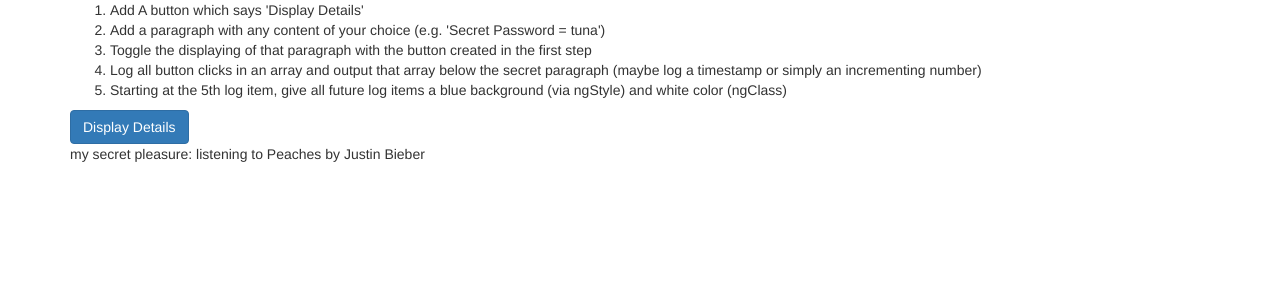
Repository: warrior1803-wang/Angular-Practices
Page: /
The author's editor kept a copy of each file at every save. The page is drawn from the files as they stood at one save, then again after the next save.
The browser window is 1280 px wide. The pictures show the whole page.
The project was rebuilt for these pictures with package versions that can differ from the ones it lists, and the page was loaded fresh each time. Also part of the build but not shown: angular.json.

Above is the page before, as saved 2022-11-02 21:42:01.

After the next save:
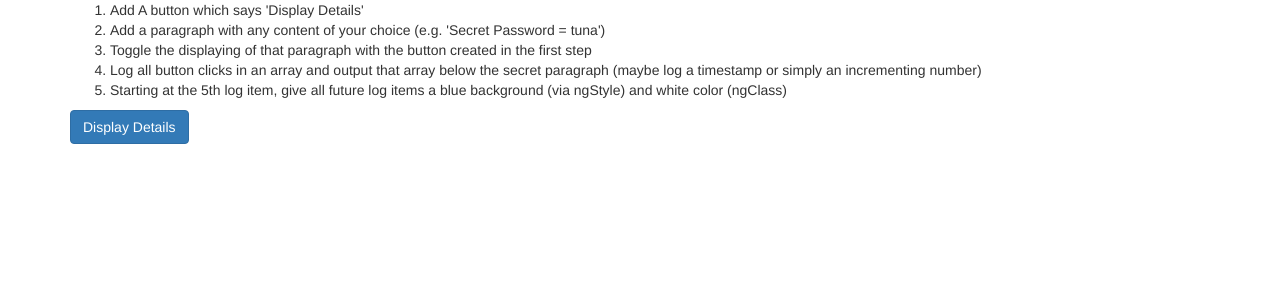
Saved 36 s later.
--- a/src/app/app.component.html
+++ b/src/app/app.component.html
@@ -22,7 +22,9 @@
         </li>
       </ol>
       <button class="btn btn-primary">Display Details</button>
-      <p>my secret pleasure: listening to Peaches by Justin Bieber</p>
+      <p *ngIf="show">
+        my secret pleasure: listening to Peaches by Justin Bieber
+      </p>
     </div>
   </div>
 </div>
